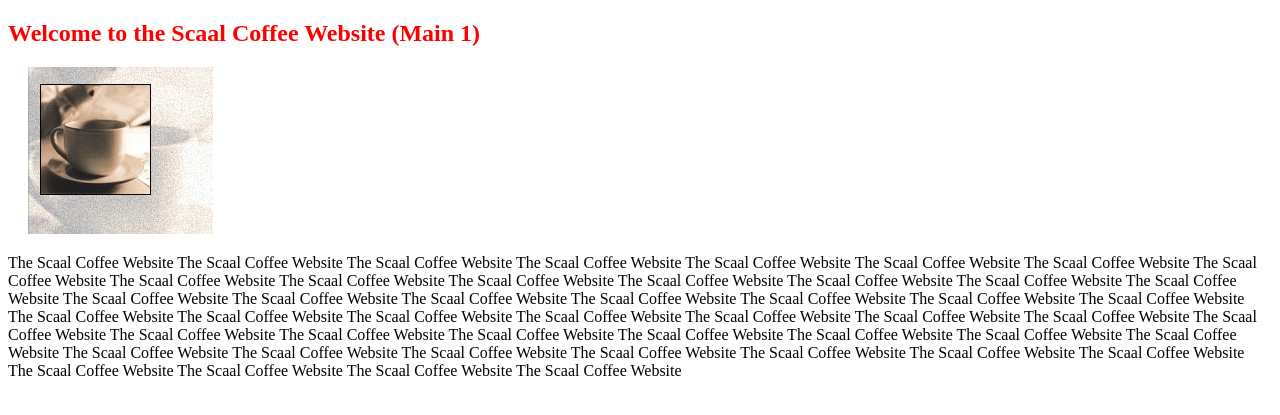
Repository: Tan-Khang21/TH_TKW--Buoi_03
Page: BT_mau/Bai_3/main1.html
The author's editor kept a copy of each file at every save. The page is drawn from the files as they stood at one save, then again after the next save.
The browser window is 1280 px wide. The pictures show the whole page.

Above is the page before, as saved 2024-02-27 19:33:09.

After the next save:
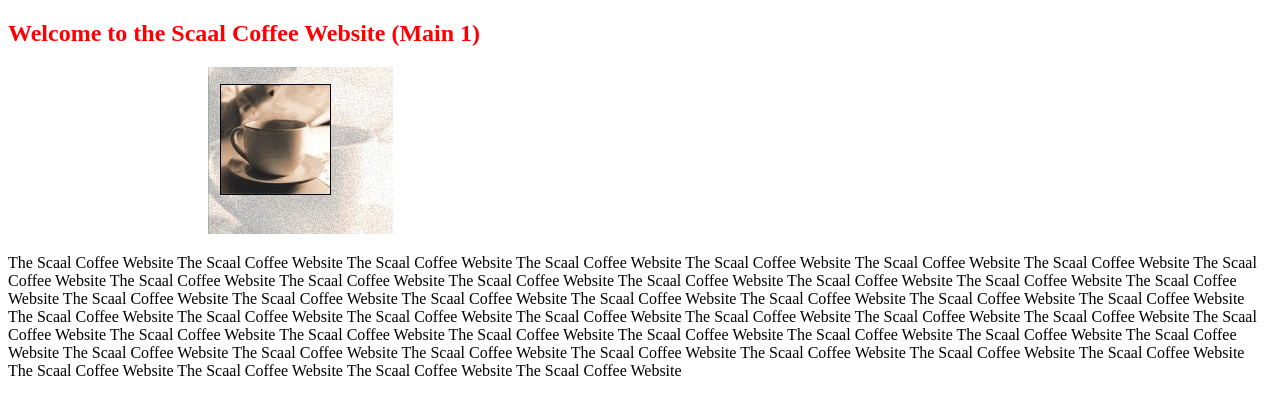
Saved 34 s later.
--- a/BT_mau/Bai_3/main1.html
+++ b/BT_mau/Bai_3/main1.html
@@ -7,7 +7,7 @@
   </head>
   <body>
     <h2 style="color: red;">Welcome to the Scaal Coffee Website (Main 1)</h2>
-    <img src="/BT_mau/Bai_3/images/hinh.jpg" alt="" hspace="20" />
+    <img src="/BT_mau/Bai_3/images/hinh.jpg" alt="" hspace="200" />
     <p>
       The Scaal Coffee Website The Scaal Coffee Website The Scaal Coffee Website
       The Scaal Coffee Website The Scaal Coffee Website The Scaal Coffee Website
